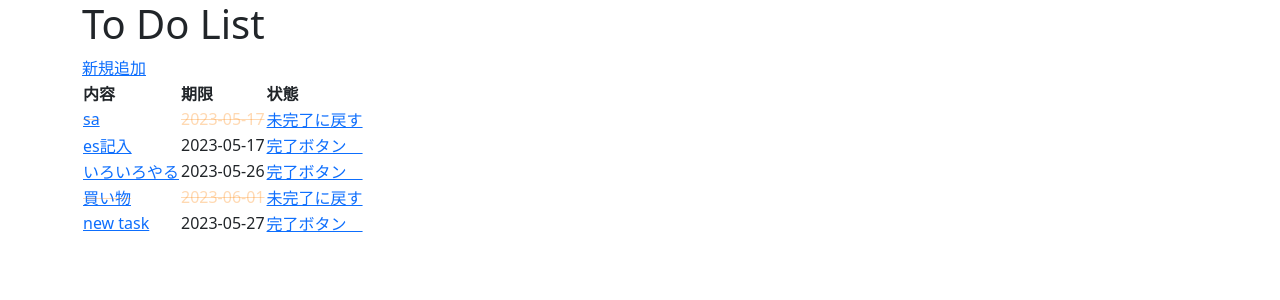
Repository: sgmtg/ToDoList
Page: http://localhost/
The author's editor kept a record of every edit. The page is drawn from the files as they stood at one moment, then again after the next edit.
The browser window is 1280 px wide. The pictures show the whole page.
The page is served by the project's application, run on Flask 3 (app.py). The page reads the database file committed with the project.

Above is the page before.

After the next edit:
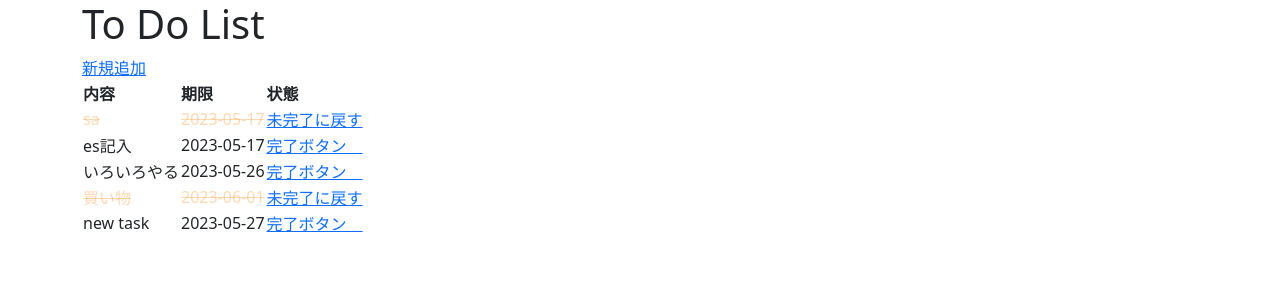
The edit:
--- a/templates/index.html
+++ b/templates/index.html
@@ -12,7 +12,7 @@
         {% for post in posts %}
             <tr>
                 <span>
-                <td  {% if post.done %} class="done" {% endif %}><a href="/detail/{{ post.id }}" role="button">{{ post.title }}</a></td>
+                <td  {% if post.done %} class="done" {% endif %}>{{ post.title }}</a></td>
                 <td  {% if post.done %} class="done" {% endif %}>{{ post.due.date() }}</td>
                 </span>
                 <td><a href="/change_status/{{ post.id }}">{% if post.done %}未完了に戻す{% else %}完了ボタン　{% endif %}</a></td>
